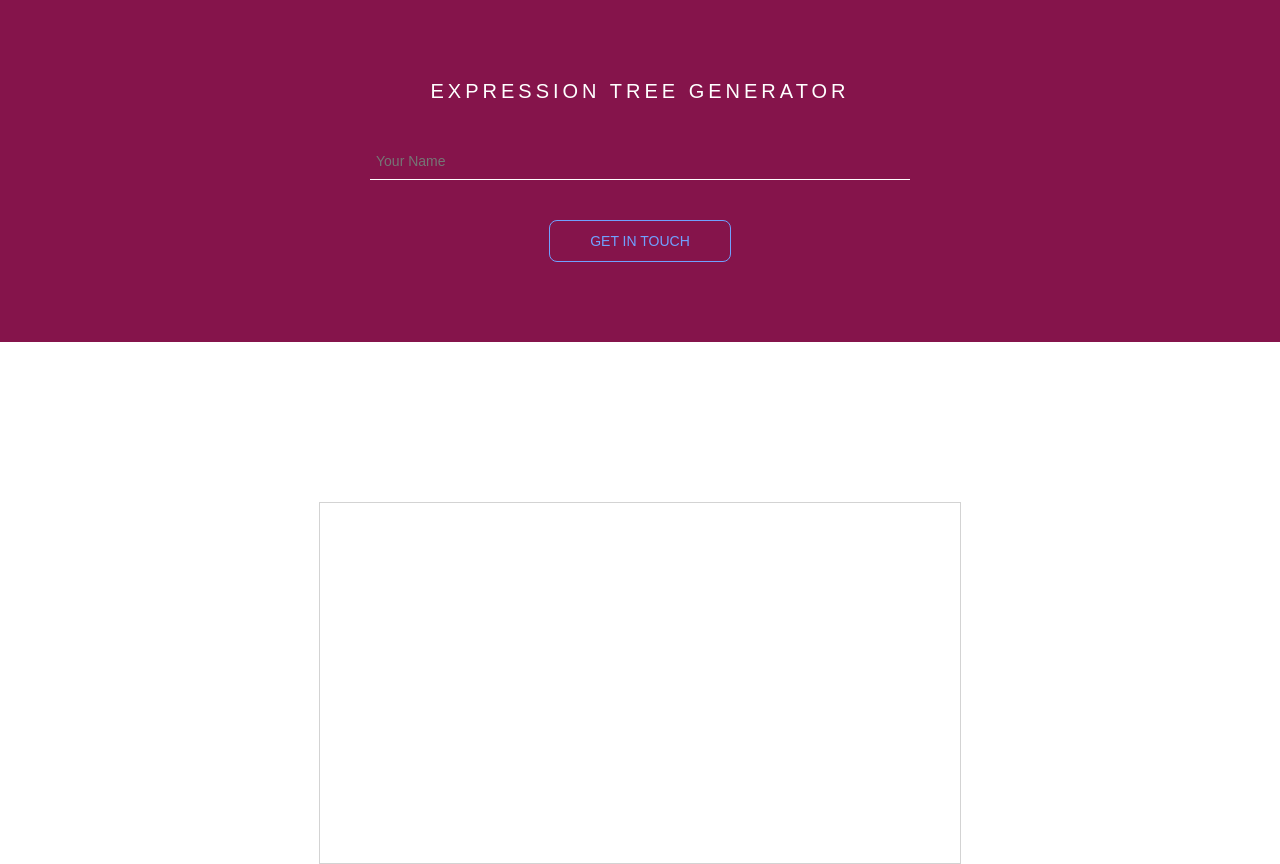
Repository: lnogueir/expression-tree-gen
Page: index.html
These files come from the project's save history. The page is drawn as it stood at one moment and after the next save; the edit follows.
The browser window is 1280 px wide. The pictures show the whole page.

Above is the page before, as saved 2020-03-15 19:13:48.

### index.html
<!DOCTYPE html>
<html lang="en">

<head>
    <meta charset="UTF-8">
    <meta name="viewport" content="width=device-width, initial-scale=1.0">
    <title>Canvas</title>
    <link rel="stylesheet" href="app.css">
</head>

<body>

    <div class="contact-section">
        <div class="inner-width">
          <h1>Expression Tree Generator</h1>
          <input type="text" class="name" id = 'expression-input' placeholder="Your Name">
          <button id="generate-tree">Get in touch</button>
        </div>
      </div>

    <div id="canvas-container">
        <canvas></canvas>
    </div>
</body>
<script src="https://ajax.googleapis.com/ajax/libs/jquery/3.4.1/jquery.min.js"></script>
<script src="https://cdnjs.cloudflare.com/ajax/libs/mathjs/6.6.1/math.min.js"></script>
<script src="tree.js"></script>
<script src="infixToPostfix.js"></script>
<script src="canvas.js"></script>

</html>

### app.css
*{
    margin: 0;
    padding: 0;
    box-sizing: border-box;
    font-family: "montserrat",sans-serif;
  }
  .contact-section{
    background: #85144b;
    padding: 80px 0;
    text-align: center;
    margin-bottom: 10rem;
  }

  .inner-width{
    max-width: 600px;
    margin: auto;
    padding: 0 20px;
  }

  .contact-section h1{
    font-size: 20px;
    color: #FFF;
    margin-bottom: 40px;
    text-transform: uppercase;
    letter-spacing: 4px;
    font-weight: 400;
  }

  .name,.email,.message{
    background: none;
    border:none;
    outline: none;
    border-bottom: 1px solid;
    color: #FFF;
    padding: 10px 6px;
    font-size: 14px;
    margin-bottom: 40px;
  }

  .name{
    float: center;
    width: 540px;
  }


  .contact-section button{
      outline: none;
    background: none;
    color: #70a1ff;
    border: 1px solid #70a1ff;
    padding: 12px 40px;
    border-radius: 8px;
    text-transform: uppercase;
    font-size: 14px;
    transition: 0.4s linear;
    cursor: pointer;
  }

  .contact-section button:hover{
    background: #70a1ff;
    color: #fff;
  }


  @media screen and (max-width:600px){
    .name,.email{
      width: 100%;
    }
  }

#canvas-container{
    outline: none;
    border: none;
    display: flex;
    flex-direction: column;
    align-items: center;
    margin: auto;
    height: 50vh;
    width: 50vw;
    background: #FFF;
}

canvas{
    border: 1px solid lightgray;
}

### tree.js
function Node(value) {
    const radius = 32.5
    this.value = value;
    this.x = null;
    this.y = null;
    this.right = null;
    this.left = null;

    this.isLeaf = () => this.right == null && this.left == null;

    this.drawEdge = function (context, x, y, left_way) {
        context.strokeStyle = 'gray';
        context.beginPath()
        const x_y_ratio = Math.abs(this.y - y) / Math.abs(this.x - x)
        const w = radius * Math.sqrt(1 / (1 + Math.pow(x_y_ratio, 2)))
        const d = x_y_ratio * w
        if (left_way) {
            context.moveTo(this.x - w, this.y + d)
            context.lineTo(x + w, y - d)
        } else {
            context.moveTo(this.x + w, this.y + d)
            context.lineTo(x - w, y - d)
        }

        context.stroke()
    }

    this.draw = function (context) {
        context.beginPath()
        context.arc(this.x, this.y, radius, 0, Math.PI * 2, false)
        context.fillStyle = 'rgba(255, 255, 255, 0.5)'
        context.fill()
        context.strokeStyle = 'black'
        context.stroke()
        context.font = '25px Times New Roman'
        context.textAlign = 'center'
        context.textBaseline = 'middle'
        context.fillStyle = "black";
        context.fillText(this.value, this.x, this.y);
    }
}

function constructTree(postfix) {
    const OPERATORS = ['*', '/', '-', '+']
    var stack = []
    var root = null;
    var current;
    var shift = false;
    for (var i = postfix.length - 1; i >= 0; i--) {
        if (null === root) {
            current = new Node(postfix[i]);
            root = current;
        } else {
            if (shift) {
                current.left = new Node(postfix[i])
                current = current.left
                shift = false
            } else {
                current.right = new Node(postfix[i])
                current = current.right
            }
        }
        if (OPERATORS.includes(postfix[i])) {
            stack.push(current);
        } else {
            current = stack.pop();
            shift = true
        }
    }
    return root;
}

function getSize(root) {
    var size = 0
    function countSize(root) {
        if (null != root) {
            size++;
            countSize(root.left)
            countSize(root.right)
        }
    }
    countSize(root);
    return size;
}

function print_coords(root) {
    if (null != root) {
        print_coords(root.left)
        console.log(root.value, root.x, root.y)
        print_coords(root.right)
    }
}

function setCoordinates(root) {
    var i = 0
    const OFFSET = 50
    const size = getSize(root)
    const canvas_mid_point = window.innerWidth / 2;
    function setCoordinates(subt, depth) {
        if (null != subt) {
            setCoordinates(subt.left, depth + 1)
            subt.x = canvas_mid_point + (OFFSET * (i - size / 2))
            subt.y = OFFSET + (depth * 1.5 * OFFSET)
            i++
            setCoordinates(subt.right, depth + 1)
        }
    }
    setCoordinates(root, 0)
}

function drawTree(root, context) {
    if (null != root) {
        root.draw(context)
        if (null != root.left) {
            root.drawEdge(context, root.left.x, root.left.y, true);
        }
        drawTree(root.left, context)
        if (null != root.right) {
            root.drawEdge(context, root.right.x, root.right.y, false)
        }
        drawTree(root.right, context)
    }
}

### infixToPostfix.js
function isBracketed(expr) {
  var stack = []
  for (var i = 0; i < expr.length; i++) {
    if ('(' === expr[i]) {
      stack.push('(')
    } else if (')' === expr[i]) {
      stack.pop()
      if (stack.length === 0) {
        if (i !== expr.length - 1) {
          return false
        } else {
          return true
        }
      }
    }
  }
  return false;
}

function isValidExpression(expr) {
  if (expr.length < 3) {
    return false;
  }
  for (var i = 0; i < expr.length; i++) {
    if ('abcdefghijklmnopqrstuvwxyz*()/+-'.indexOf(expr[i]) === -1) {
      return false;
    }
  }
  try {
    while ("(" === expr[0] && ")" === expr[expr.length - 1]) {
      if (isBracketed(expr)) {
        expr = expr.substring(1, expr.length - 1);
      } else break;
    }
    var res = math.parse(expr);
    if ((typeof res.implicit === 'undefined') || res.fn.indexOf('unary') !== -1) {
      return false;
    }
    return true;
  }
  catch (ex) {
    return false;
  }
}

function infixToPostfix(expression) {
  if (!isValidExpression(expression)) {
    return null;
  }
  const prec = { "*": 3, "/": 3, "-": 2, "+": 2, "(": 1 }
  op_stack = []
  postfixList = []
  tokens = expression.split('')
  for (const token of tokens) {
    if ("abcdefghijklmnopqrstuvwxyz".indexOf(token) !== -1) {
      postfixList.push(token)
    } else if ("(" === token) {
      op_stack.push(token)
    } else if (")" === token) {
      var top_op_token = op_stack.pop()
      while (top_op_token !== '(') {
        postfixList.push(top_op_token)
        top_op_token = op_stack.pop()
      }
    } else {
      var peek_elem = op_stack.slice(-1)[0];
      while (op_stack.length > 0 && (prec[peek_elem] >= prec[token])) {
        postfixList.push(op_stack.pop())
        peek_elem = op_stack.slice(-1)[0];
      }
      op_stack.push(token)
    }
  }
  while (op_stack.length > 0) {
    postfixList.push(op_stack.pop())
  }
  return postfixList
}

### canvas.js
var canvas = document.querySelector('canvas')

canvas.height = document.getElementById('canvas-container').offsetHeight;
canvas.width = document.getElementById('canvas-container').offsetWidth;

var c = canvas.getContext('2d')

$('#generate-tree').click(() => {
    var expression = $('#expression-input').val()
    if (typeof expression !== 'undefined' && null != expression) {
        expression = expression.replace(/\s+/g, '')
        expression = expression.toLowerCase()
        var postfix = infixToPostfix(expression);
        if (null !== postfix) {
            var root = constructTree(postfix)
            setCoordinates(root)
            c.clearRect(0, 0, canvas.width, canvas.height);
            drawTree(root, c)
        } else {
            alert('Enter valid expression')
        }

    } else {
        alert('Enter valid expression')
    }
})

After the next save:
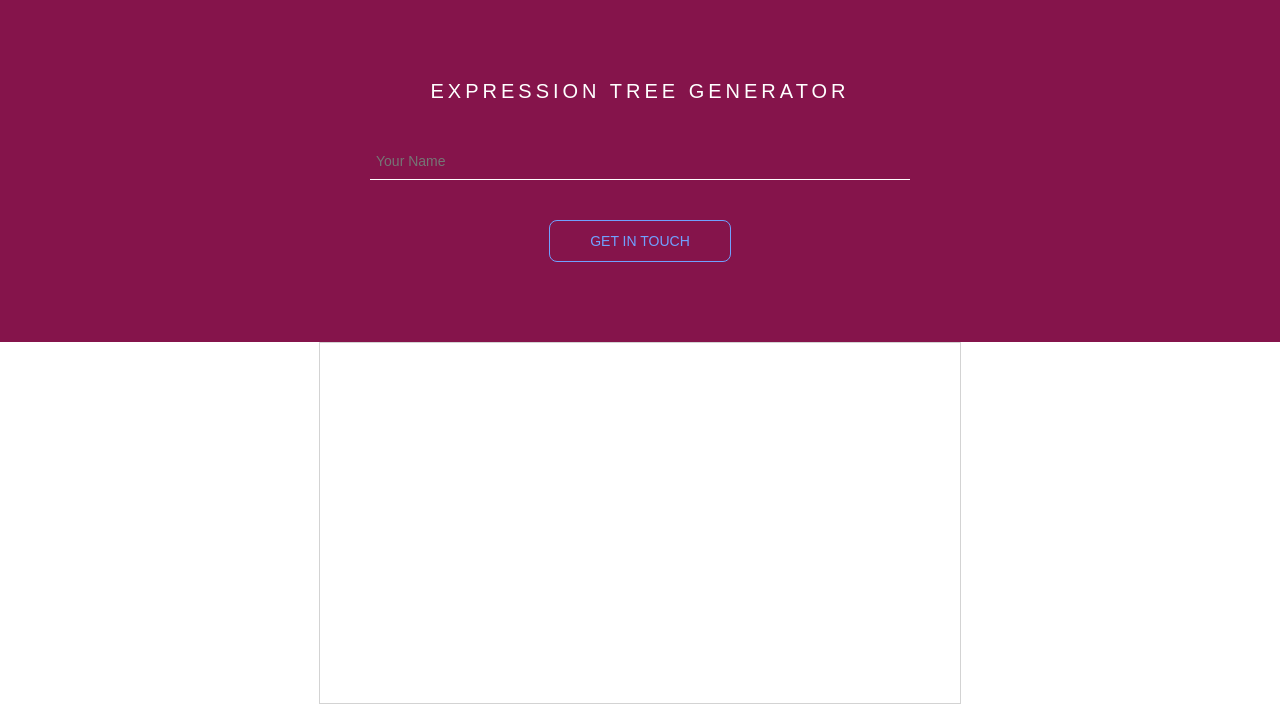
Saved 14 s later.
--- a/app.css
+++ b/app.css
@@ -8,7 +8,6 @@
     background: #85144b;
     padding: 80px 0;
     text-align: center;
-    margin-bottom: 10rem;
   }
 
   .inner-width{
